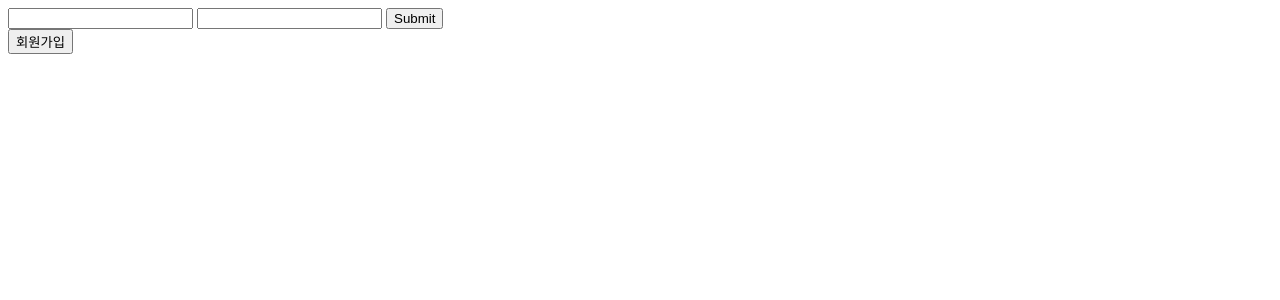
Repository: JaeWon-Sim/Project
Page: http://localhost/_2project_request/Quiz/login.jsp
An editor plug-in stored every save of this project. The page is shown before and after the next save, followed by the edit.
The browser window is 1280 px wide. The pictures show the whole page.
The page is served by Tomcat 9. Other server files are loaded and not shown.

Above is the page before, as saved 2025-08-17 23:24:55.

### workspace_java/_2project_request/src/main/webapp/Quiz/login.jsp
<%@ page language="java" contentType="text/html; charset=EUC-KR"
    pageEncoding="EUC-KR"%>
<!DOCTYPE html>
<html>
<head>
<meta charset="EUC-KR">
<title>Insert title here</title>
</head>
<body>
<form method="get" action="/_2project_request/lg">

	<input type="text" name="id">
	<input type="text" name="pw">
	<input type="submit" name="login">

</form>

<form method="post" action ="/_2project_request/Quiz/createid.jsp">

<input type="submit" name="회원가입" value="회원가입">

</form>

</body>
</html>

After the next save:
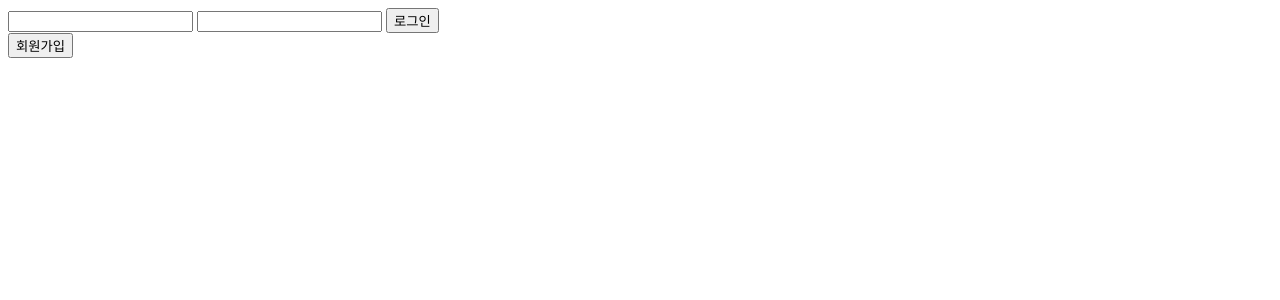
Saved 57 s later.
--- a/workspace_java/_2project_request/src/main/webapp/Quiz/login.jsp
+++ b/workspace_java/_2project_request/src/main/webapp/Quiz/login.jsp
@@ -11,7 +11,7 @@
 
 	<input type="text" name="id">
 	<input type="text" name="pw">
-	<input type="submit" name="login">
+	<input type="submit" name="login" value="로그인">
 
 </form>
 
